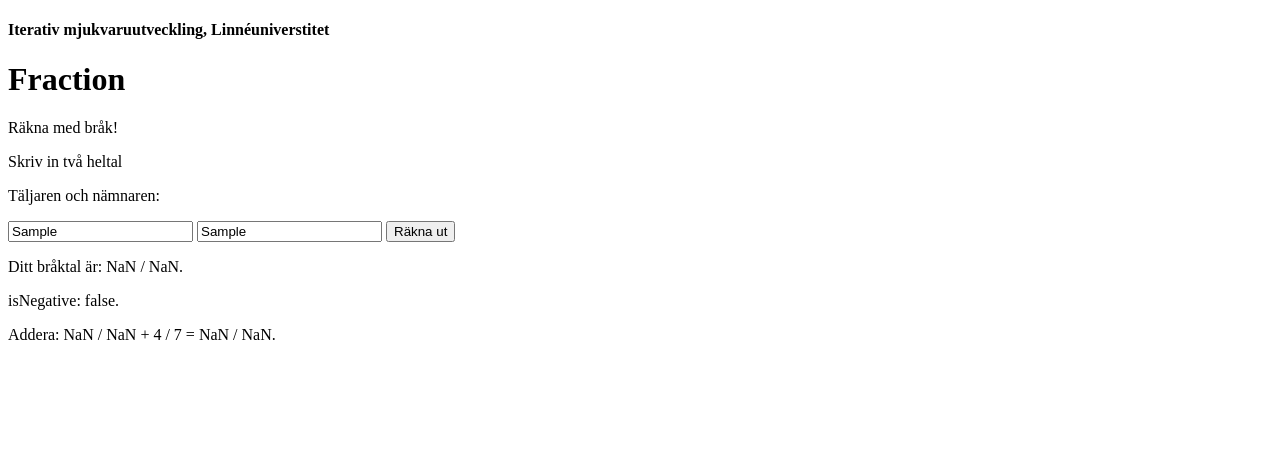
Repository: Holmewi/1dv404-jh222qr-laborationer
Page: Uppgift 3b/index.html
The author's editor kept a record of every edit. The page is drawn from the files as they stood at one moment, then again after the next edit.
The browser window is 1280 px wide. The pictures show the whole page.
Empty fields were first filled with sample values (such as "Sample", 5 or name@example.com).
After loading, the first visible `#submit` was clicked once.

Above is the page before.

After the next edit:
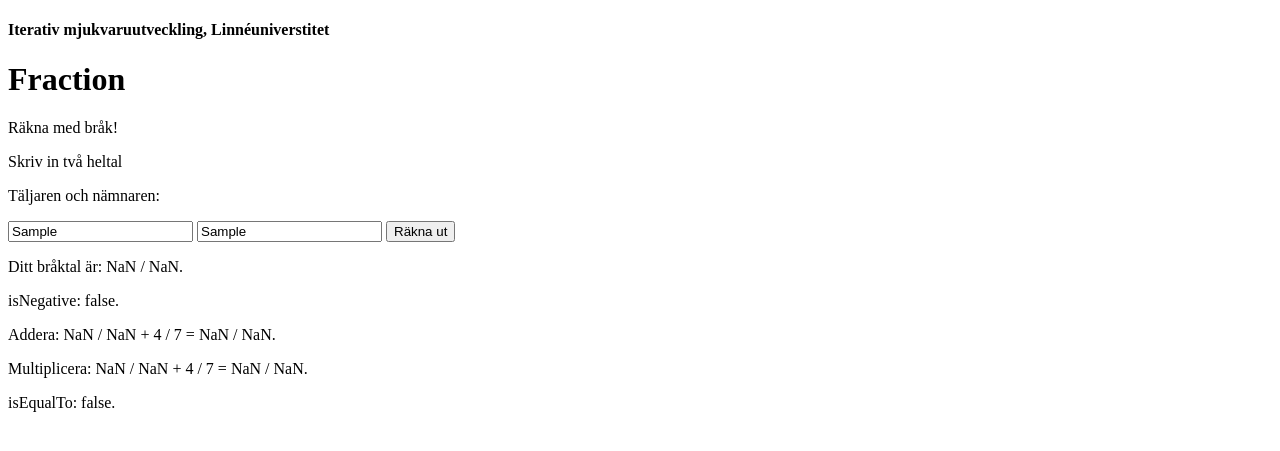
The edit:
--- a/Uppgift 3b/fraction.js
+++ b/Uppgift 3b/fraction.js
@@ -84,11 +84,12 @@
     p.innerHTML += "<p>isNegative: " + newFraction.isNegative() + ".</p>";
 
     var addedFraction = newFraction.add(testFraction);
-    console.log(addedFraction.toString());
     p.innerHTML += "<p>Addera: " + newFraction.toString() + " + " + testFraction.toString() + " = " + addedFraction.toString() + ".</p>";
 
     var multipliedFraction = newFraction.multiply(testFraction);
+    p.innerHTML += "<p>Multiplicera: " + newFraction.toString() + " + " + testFraction.toString() + " = " + multipliedFraction.toString() + ".</p>";
 
+    p.innerHTML += "<p>isEqualTo: " + newFraction.isEqualTo(testFraction) + ".</p>";
 });
 
 
